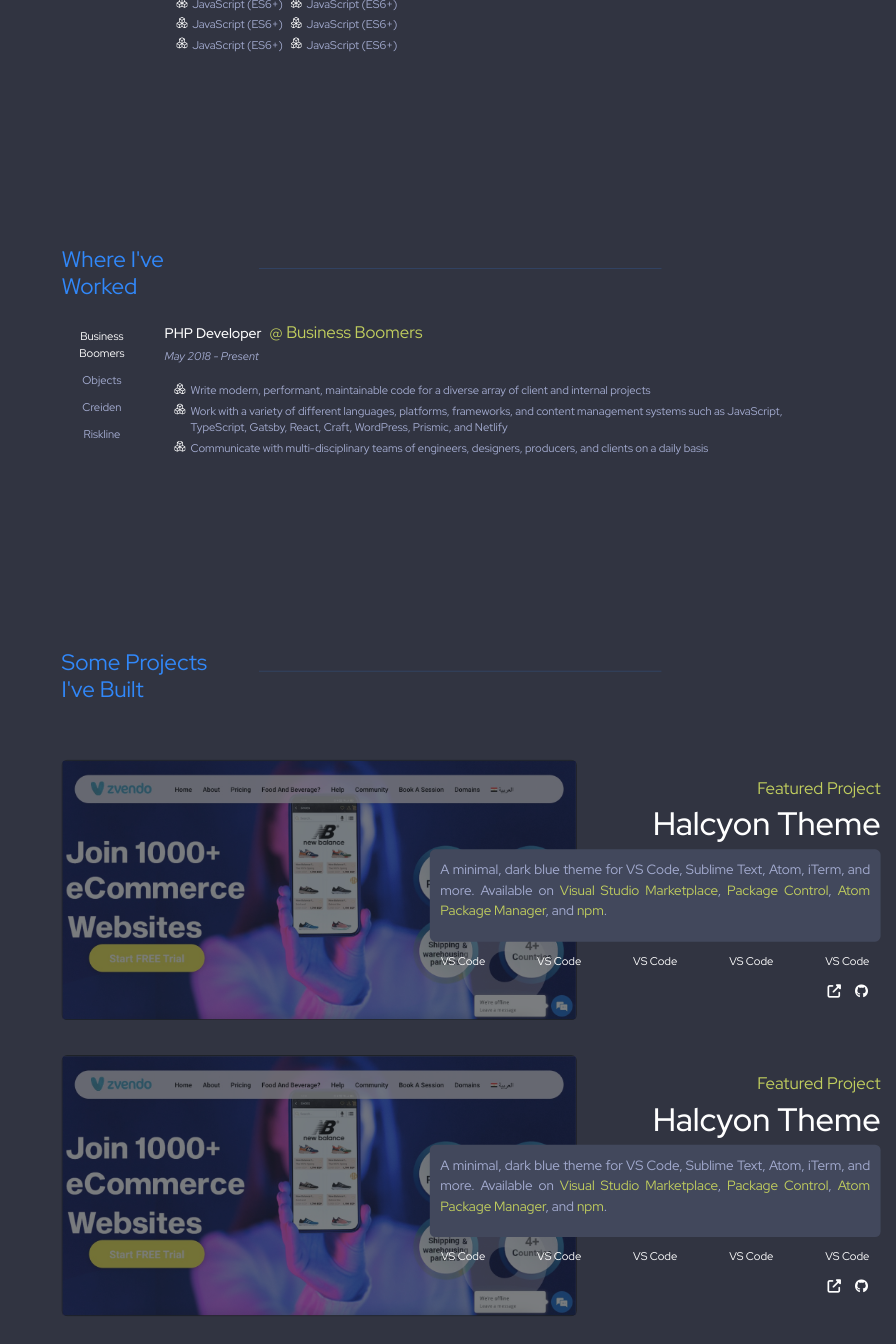
Repository: aya7abbal/Talaat-s-Portfolio
Page: index.html
These files come from the project's save history. The page is drawn as it stood at one moment and after the next save; the edit follows.
The browser window is 1280 px wide. The pictures show the part of the page from y = 1416 to 3336 px (the page is 3336 px tall), at 70% of full size.
Some web libraries are served in a nearby version. The style sheet was rebuilt from its Sass, Less or Tailwind sources for each picture, by a compiler version that may differ from the author's.

Above is the page before, as saved 2022-02-08 12:40:52.

After the next save:
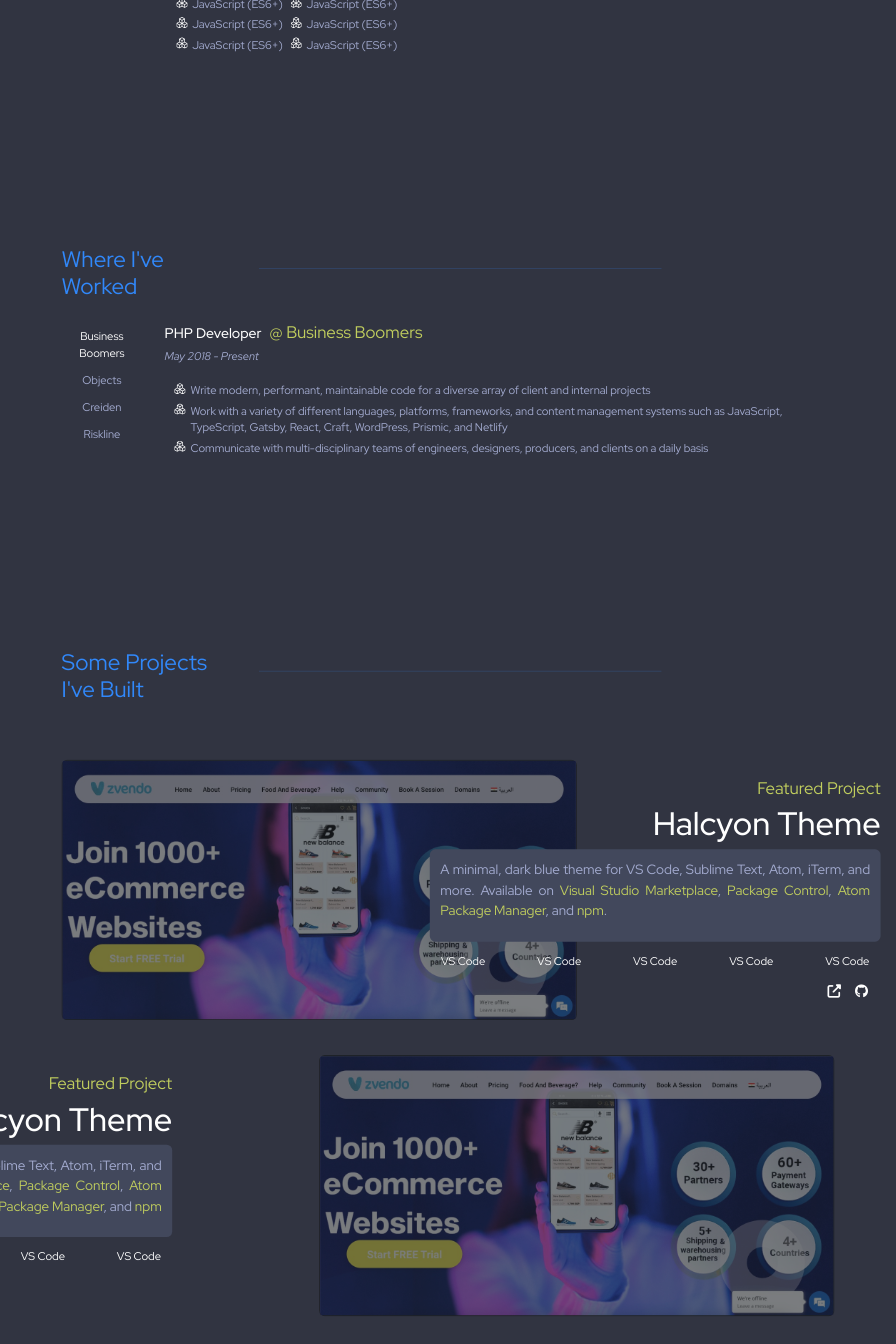
Saved 10 s later.
--- a/styles/components/_projects.scss
+++ b/styles/components/_projects.scss
@@ -4,7 +4,7 @@
         margin-top: 50px !important;
 
         &:nth-child(odd){
-            direction: ltr;
+            direction: rtl;
         }
     }
   .card {
